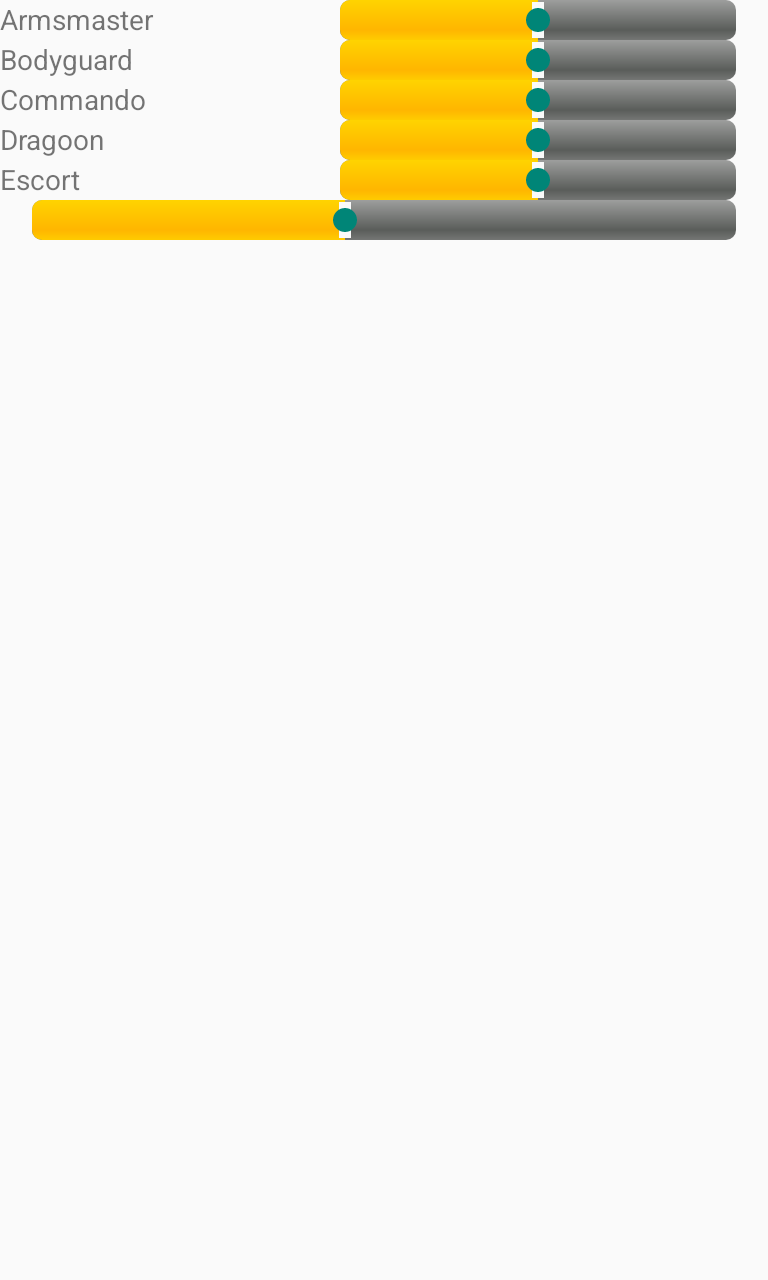
Repository: bryanpope/TARR
Layout: workspace/helloworld/res/layout/activity_hello_world.xml
The author's editor kept a copy of each file at every save. The layout is drawn from the files as they stood at one save, then again after the next save.
It is drawn on a 768 x 1280 px phone screen (xhdpi) without system bars, with theme AppTheme; the app's code is not run.

Above is the layout before, as saved 2014-06-01 22:17:38.

### workspace/helloworld/res/layout/activity_hello_world.xml
<LinearLayout xmlns:android="http://schemas.android.com/apk/res/android"
              android:layout_width="fill_parent"
              android:layout_height="fill_parent"
              android:orientation="vertical" >

	<LinearLayout
	    android:layout_width="fill_parent"
	    android:layout_height="wrap_content"
	    android:orientation="horizontal" >

	    <TextView android:id="@+id/textAttackArmsmaster"
              android:layout_width="wrap_content"
              android:layout_height="wrap_content"
		      android:layout_weight="0.90"
              android:text="Armsmaster" />
	    <SeekBar
	        android:id="@+id/seekBarAttackArmsmaster"
	        style="@android:style/Widget.ProgressBar.Horizontal"
	        android:layout_width="230dp"
	        android:layout_height="wrap_content"
	        android:max="50"
	        android:progress="25"
	        android:secondaryProgress="0" />
    </LinearLayout>
	<LinearLayout
              android:layout_width="fill_parent"
              android:layout_height="wrap_content"
              android:orientation="horizontal" >

    	<TextView android:id="@+id/textAttackBodyguard"
              android:layout_width="wrap_content"
              android:layout_height="wrap_content"
		      android:layout_weight="0.90"
              android:text="Bodyguard" />
	    <SeekBar
	        android:id="@+id/seekBarAttackBodyguard"
	        style="@android:style/Widget.ProgressBar.Horizontal"
	        android:layout_width="230dp"
	        android:layout_height="wrap_content"
	        android:max="50"
	        android:progress="25"
	        android:secondaryProgress="0" />
    </LinearLayout>
	<LinearLayout
              android:layout_width="fill_parent"
              android:layout_height="wrap_content"
              android:orientation="horizontal" >

    <TextView android:id="@+id/textAttackCommando"
              android:layout_width="wrap_content"
              android:layout_height="wrap_content"
		      android:layout_weight="0.90"
              android:text="Commando" />
	    <SeekBar
	        android:id="@+id/seekBarAttackCommando"
	        style="@android:style/Widget.ProgressBar.Horizontal"
	        android:layout_width="230dp"
	        android:layout_height="wrap_content"
	        android:max="50"
	        android:progress="25"
	        android:secondaryProgress="0" />
    </LinearLayout>
	<LinearLayout
              android:layout_width="fill_parent"
              android:layout_height="wrap_content"
              android:orientation="horizontal" >

    <TextView android:id="@+id/textAttackDragoon"
              android:layout_width="wrap_content"
              android:layout_height="wrap_content"
		      android:layout_weight="0.90"
              android:text="Dragoon" />
	    <SeekBar
	        android:id="@+id/seekBarAttackDragoon"
	        style="@android:style/Widget.ProgressBar.Horizontal"
	        android:layout_width="230dp"
	        android:layout_height="wrap_content"
	        android:max="50"
	        android:progress="25"
	        android:secondaryProgress="0" />
    </LinearLayout>

	<LinearLayout
	    android:layout_width="fill_parent"
	    android:layout_height="wrap_content"
	    android:orientation="horizontal" >

	    <TextView
	        android:id="@+id/textAttackEscort"
	        android:layout_width="wrap_content"
	        android:layout_height="wrap_content"
	        android:layout_weight="0.90"
	        android:text="Escort" />

	    <SeekBar
	        android:id="@+id/seekBarAttackEscort"
	        style="@android:style/Widget.ProgressBar.Horizontal"
	        android:layout_width="230dp"
	        android:layout_height="wrap_content"
	        android:max="50"
	        android:progress="25"
	        android:secondaryProgress="0" />
	</LinearLayout>

	    <SeekBar
	        android:id="@+id/seekBarDistance"
	        style="@android:style/Widget.ProgressBar.Horizontal"
	        android:layout_width="fill_parent"
	        android:layout_height="wrap_content"
	        android:max="9"
	        android:progress="4"
	        android:secondaryProgress="0" />

</LinearLayout>

Loaded but not shown: workspace/helloworld/res/values/styles.xml (common file); workspace/helloworld/res/values-v11/styles.xml (common file); workspace/helloworld/res/values-v14/styles.xml (common file)

After the next save:
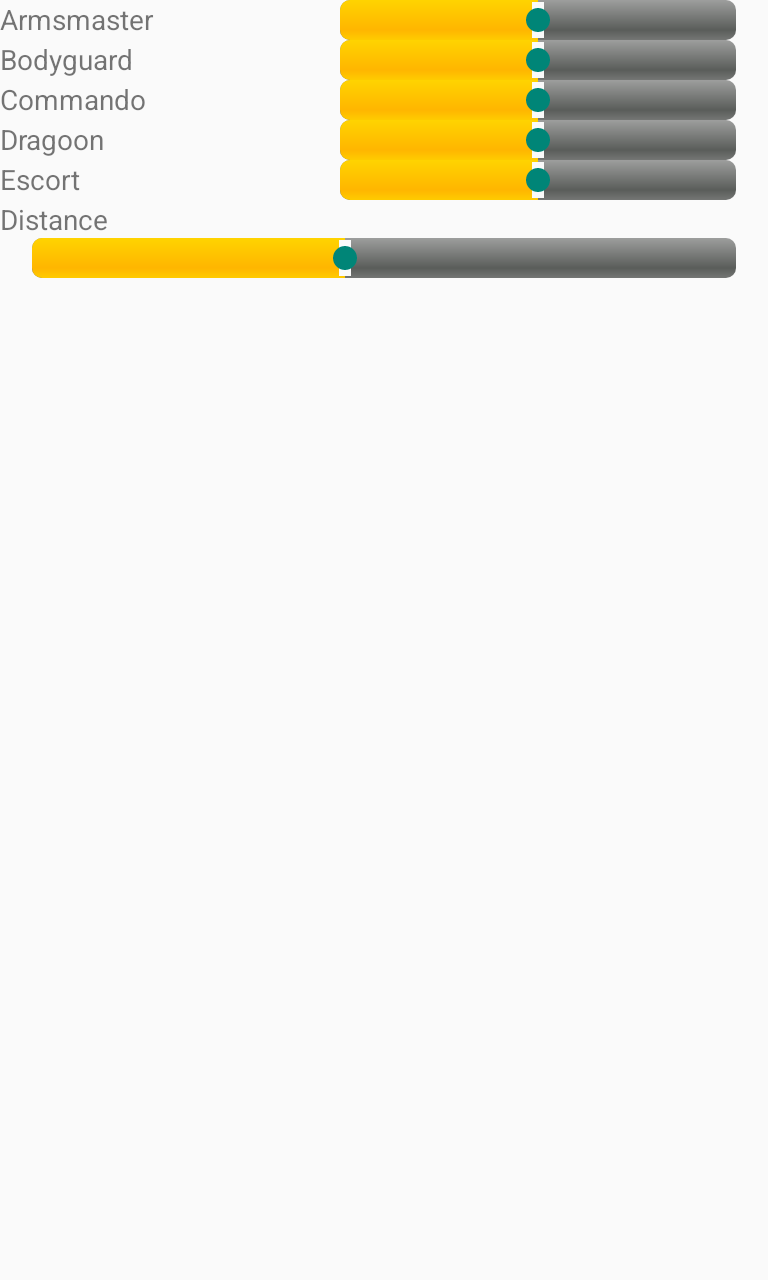
Saved 61 s later.
--- a/workspace/helloworld/res/layout/activity_hello_world.xml
+++ b/workspace/helloworld/res/layout/activity_hello_world.xml
@@ -102,6 +102,11 @@
 	        android:secondaryProgress="0" />
 	</LinearLayout>
 
+	    <TextView
+	        android:id="@+id/textDistance"
+	        android:layout_width="wrap_content"
+	        android:layout_height="wrap_content"
+	        android:text="Distance" />
 	    <SeekBar
 	        android:id="@+id/seekBarDistance"
 	        style="@android:style/Widget.ProgressBar.Horizontal"
